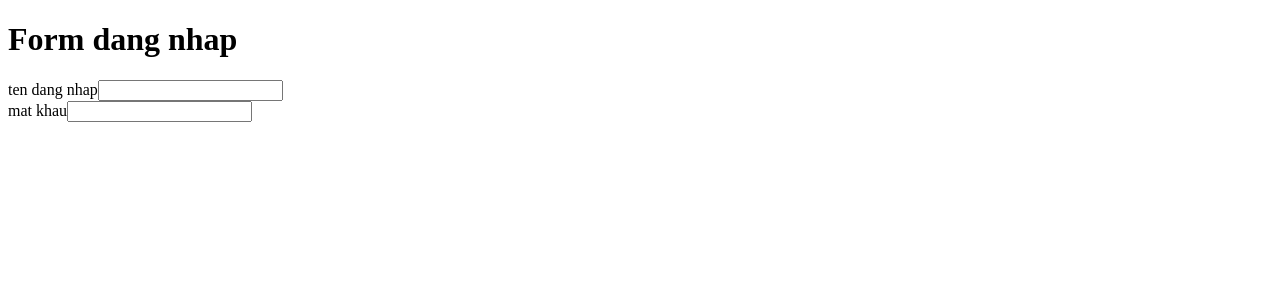
Repository: iamwind-dev/PHP
Page: http://localhost/tuan2/bai1/bai1.php
These files come from the project's save history. The page is drawn as it stood at one moment and after the next save; the edit follows.
The browser window is 1280 px wide. The pictures show the whole page.
The page is run by PHP 8.4 with error messages shown; the project is at /var/www/html/.

Above is the page before, as saved 2023-09-15 14:48:03.

### tuan2/bai1/bai1.php
<!DOCTYPE html>
<html lang="en">

<head>
    <meta charset="UTF-8">
    <meta name="viewport" content="width=device-width, initial-scale=1.0">
    <title>Form Dang Nhap</title>
</head>

<body>
    <?php

    ?>
    <h1>Form dang nhap</h1>
    <form action="xulydangnhap.php" method="GET">
        ten dang nhap<input type="text" name="username"><br>
        mat khau<input </body>

</html>

After the next save:
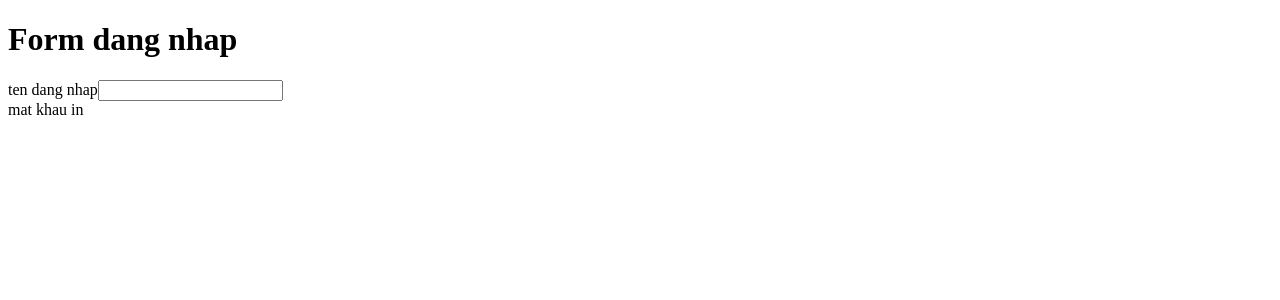
Saved 8 s later.
--- a/tuan2/bai1/bai1.php
+++ b/tuan2/bai1/bai1.php
@@ -14,6 +14,7 @@
     <h1>Form dang nhap</h1>
     <form action="xulydangnhap.php" method="GET">
         ten dang nhap<input type="text" name="username"><br>
-        mat khau<input </body>
+        mat khau in
+</body>
 
 </html>
